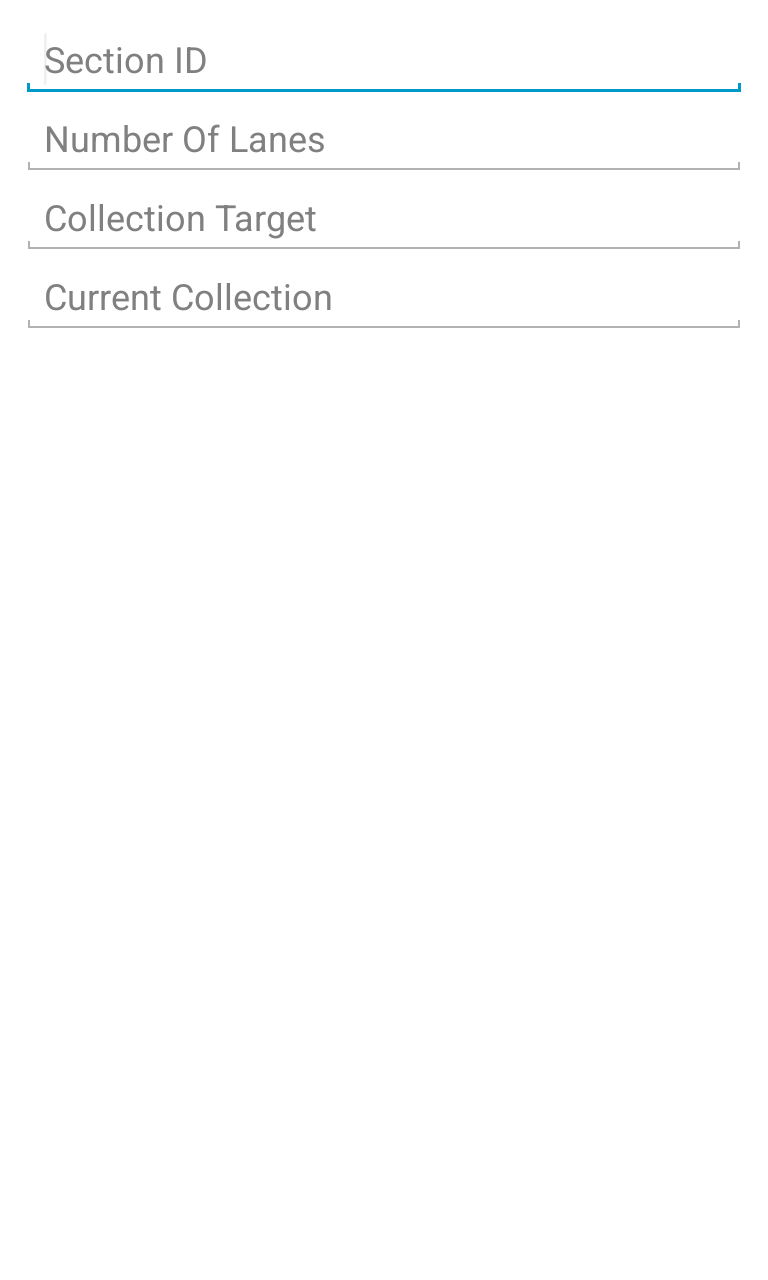
Repository: greatrakshit/Personal
Layout: POIRecorder/res/layout/activity_toll_booth.xml
An editor plug-in stored every save of this project. The layout is shown before and after the next save, followed by the edit.
It is drawn on a 768 x 1280 px phone screen (xhdpi) without system bars, with theme AppTheme; the app's code is not run.

Above is the layout before, as saved 2014-09-14 13:13:29.

After the next save:
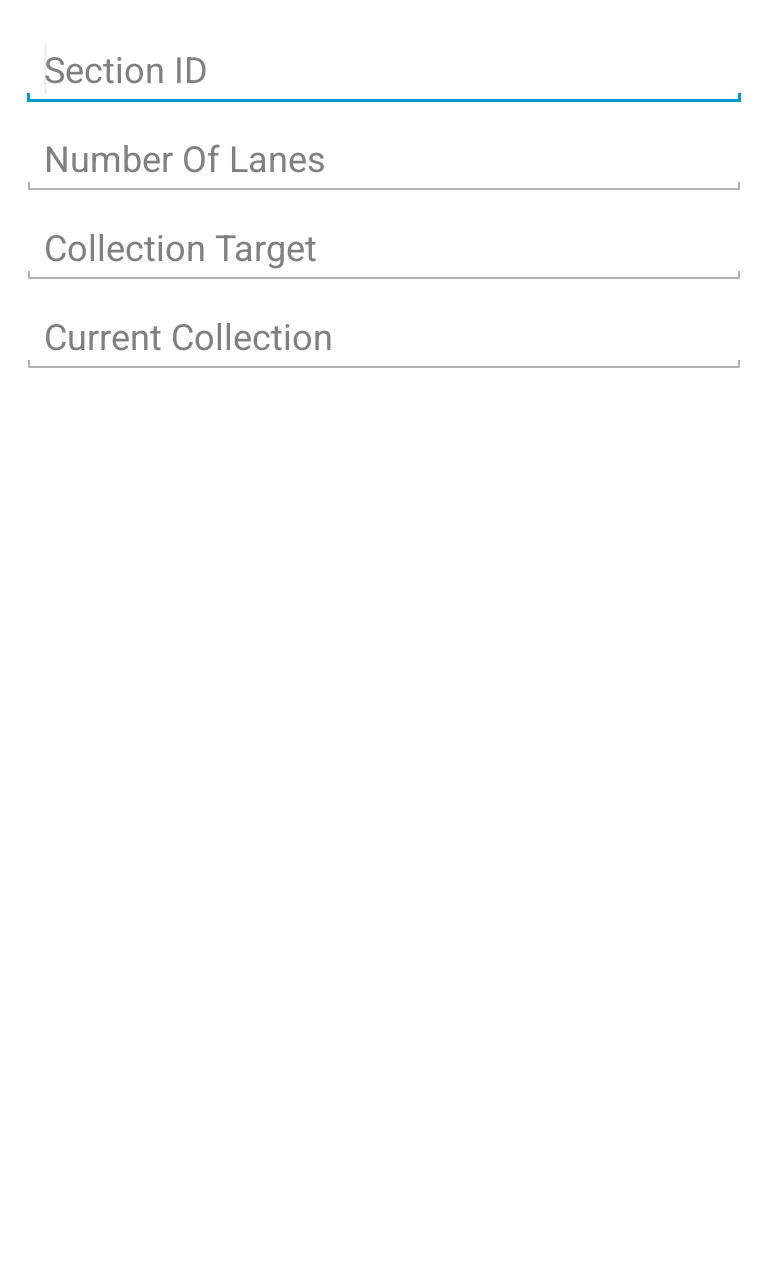
Saved 28 s later.
--- a/POIRecorder/res/layout/activity_toll_booth.xml
+++ b/POIRecorder/res/layout/activity_toll_booth.xml
@@ -8,6 +8,8 @@
         android:id="@+id/editText1"
         android:layout_width="match_parent"
         android:layout_height="wrap_content"
+        android:layout_marginBottom="5dp"
+        android:layout_marginTop="5dp"
         android:ems="10"
         android:hint="@string/attribute_tollbooth_sectionId" >
 
@@ -18,6 +20,7 @@
         android:id="@+id/editText2"
         android:layout_width="match_parent"
         android:layout_height="wrap_content"
+        android:layout_marginBottom="5dp"
         android:ems="10"
         android:hint="@string/attribute_tollbooth_numLanes"
         android:inputType="number" />
@@ -26,6 +29,7 @@
         android:id="@+id/editText3"
         android:layout_width="match_parent"
         android:layout_height="wrap_content"
+        android:layout_marginBottom="5dp"
         android:ems="10"
         android:hint="@string/attribute_tollbooth_collectionTarget"
         android:inputType="number" />
@@ -34,6 +38,7 @@
         android:id="@+id/editText4"
         android:layout_width="match_parent"
         android:layout_height="wrap_content"
+        android:layout_marginBottom="5dp"
         android:ems="10"
         android:hint="@string/attribute_tollbooth_currentCollection"
         android:inputType="number" />
